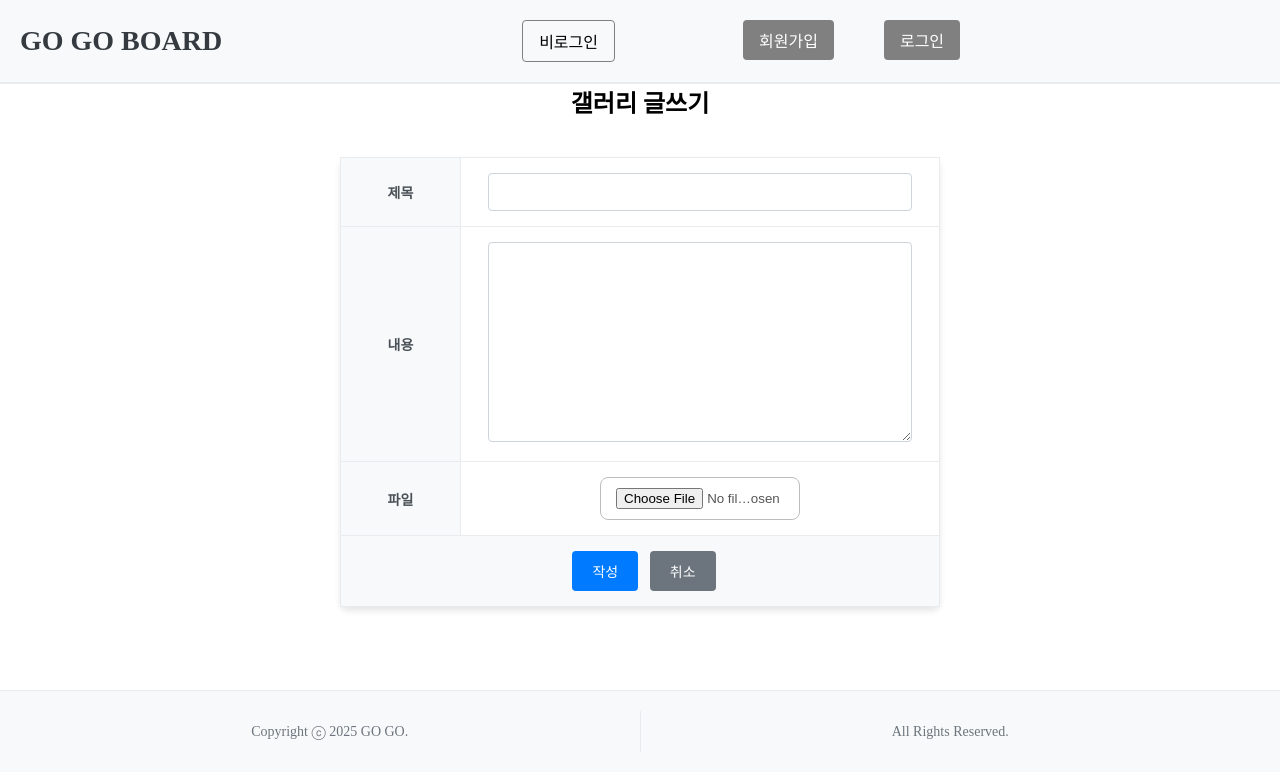
Repository: 1plus1equals3-true/Board-Project
Page: http://localhost/jsp/board/write_gallery.jsp
An editor plug-in stored every save of this project. The page is shown before and after the next save, followed by the edit.
The browser window is 1280 px wide. The pictures show the whole page.
The page is served by Tomcat 9.

Above is the page before, as saved 2025-09-23 06:06:15.

After the next save:
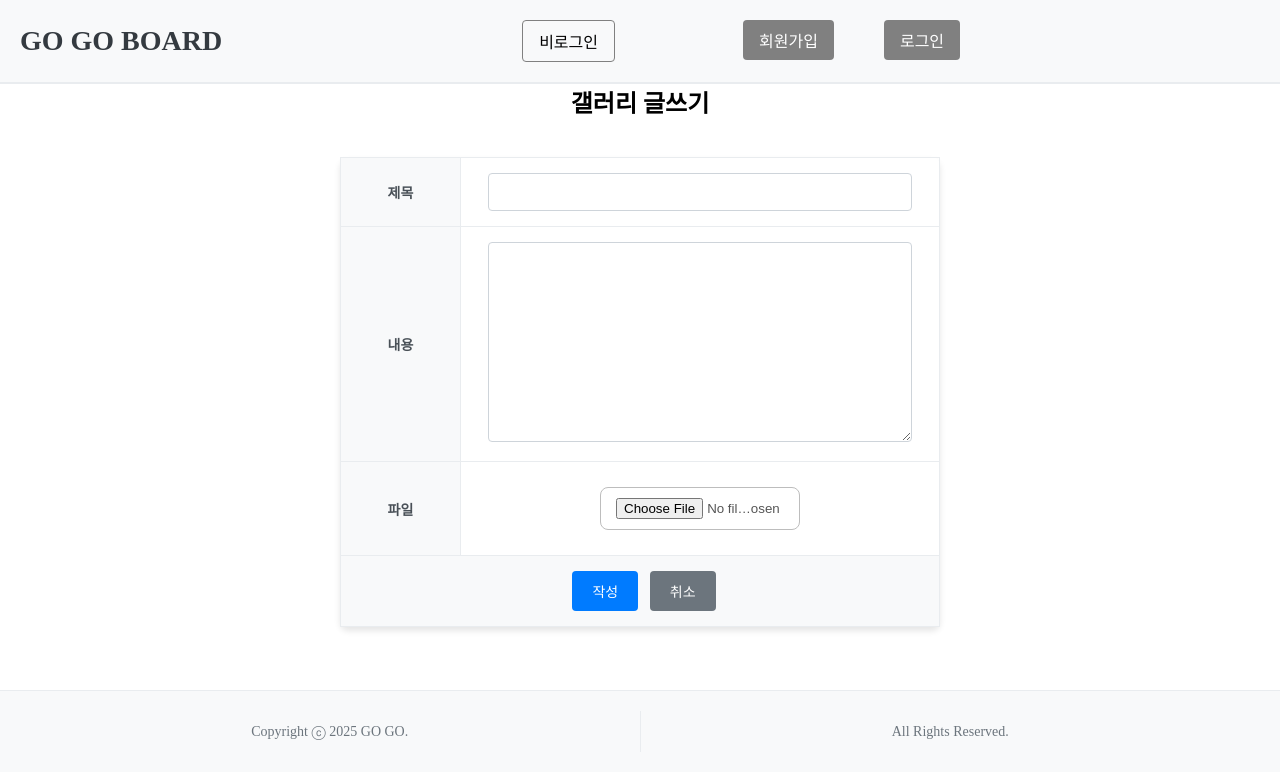
Saved 12 s later.
--- a/jsp/src/main/webapp/board/write_gallery.jsp
+++ b/jsp/src/main/webapp/board/write_gallery.jsp
@@ -99,7 +99,7 @@
   gap: 5px; /* 요소들 사이의 간격 */
 
   /* 나머지 디자인 스타일은 그대로 유지 */
-  padding: 0px;
+  padding: 10px;
   border-radius: 12px;
   background-color: white;
 }
